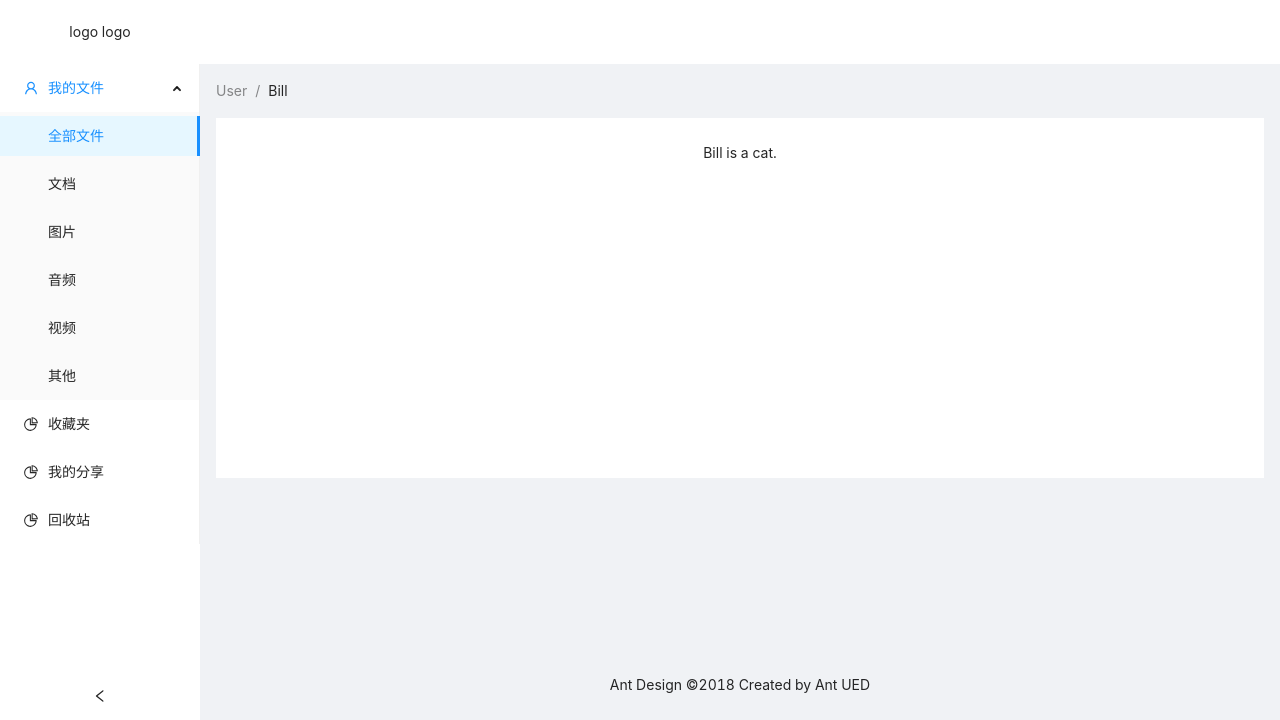
Repository: xstnet/starfire-cloud-fe
Page: /
An editor plug-in stored every save of this project. The page is shown before and after the next save, followed by the edit.
The browser window is 1280 px wide. The pictures show the whole page.
The project was rebuilt for these pictures with package versions that can differ from the ones it lists, and the page was loaded fresh each time.

Above is the page before, as saved 2021-09-12 16:37:34.

After the next save:
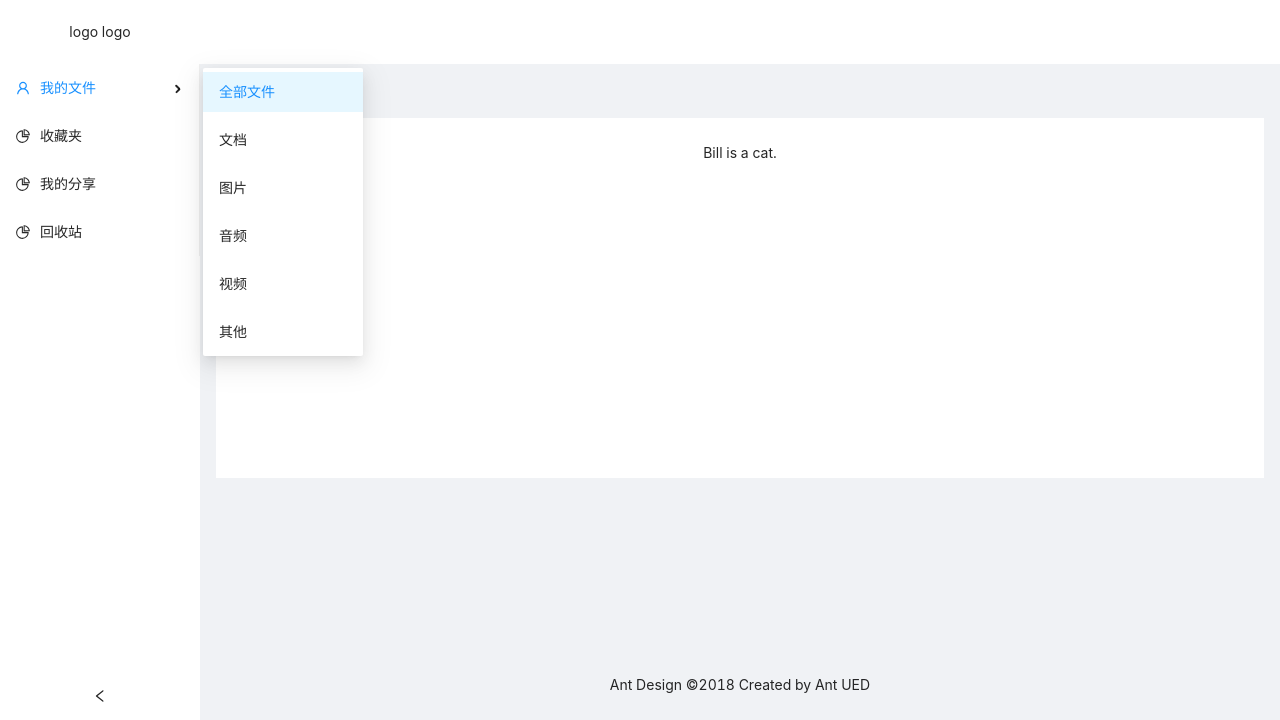
Saved 96 s later.
--- a/src/page/layout/main.jsx
+++ b/src/page/layout/main.jsx
@@ -27,7 +27,7 @@ class MainLayout extends React.Component {
           <div className="logo">
               logo logo
           </div>
-          <Menu defaultSelectedKeys={['all']} defaultOpenKeys={["my-file"]} mode="inline">
+          <Menu defaultSelectedKeys={['all']} defaultOpenKeys={["my-file"]} mode="vertical">
             <SubMenu key="my-file" icon={<UserOutlined />} title="我的文件">
               <Menu.Item key="all">全部文件</Menu.Item>
               <Menu.Item key="doc">文档</Menu.Item>
